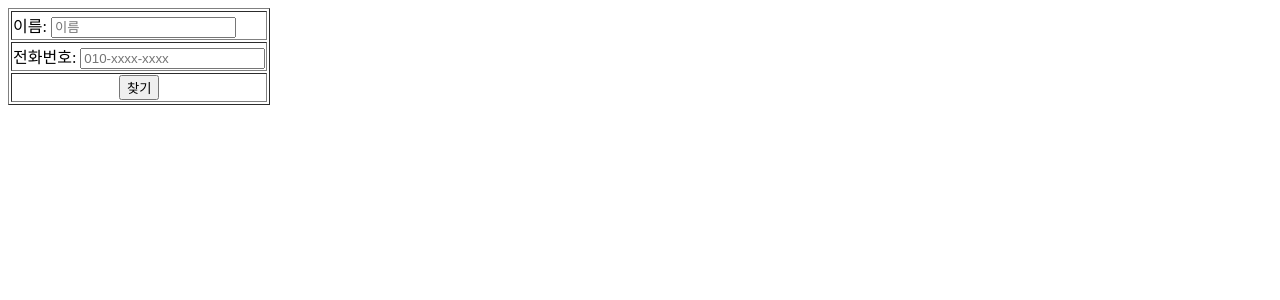
Repository: leeseokh/jquery
Page: workspace/MemberPj/WebContent/html/아디, 비번 찾기/id찾기.html
The author's editor kept a copy of each file at every save. The page is drawn from the files as they stood at one save, then again after the next save.
The browser window is 1280 px wide. The pictures show the whole page.

Above is the page before, as saved 2021-06-17 12:07:55.

### workspace/MemberPj/WebContent/html/아디, 비번 찾기/id찾기.html
<!DOCTYPE html>
<html>
<head>
	<meta charset="UTF-8">
	<title>Insert title here</title>
	<style type="text/css">
		table td{
			table-style: none;
		}
	</style>
</head>
<body>
	<form action="id_do" method="post">
		<table border="1">
			<tbody>
				<tr>
					<td>
						이름: <input type="text" name="mem_name" required="required" placeholder="이름">
					</td>
				</tr>
				<tr>
					<td>
						전화번호: <input type="text" name="mem_tel" required="required" placeholder="010-xxxx-xxxx">
					</td>
				</tr>
			</tbody>
			<tfoot>
            <tr>
               <td align="center" colspan="2">
                  <input type="submit" value="찾기">
               </td>
            </tr>
         </tfoot>
		</table>

	</form>
</body>
</html>

After the next save:
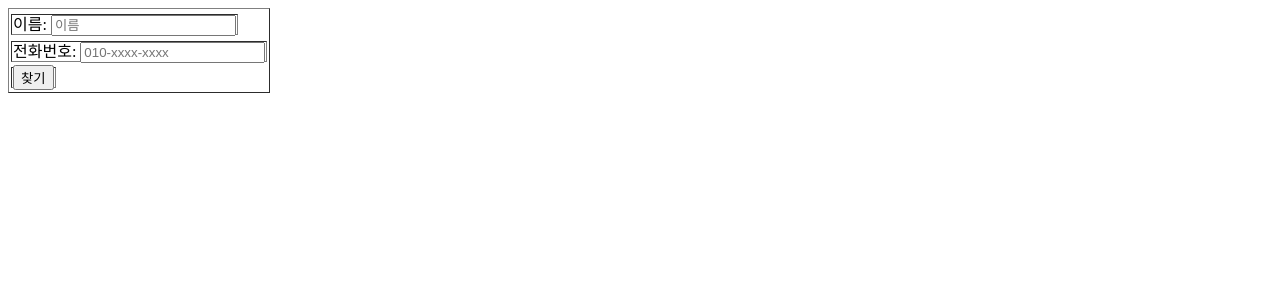
Saved 50 s later.
--- a/workspace/MemberPj/WebContent/html/아디, 비번 찾기/id찾기.html
+++ b/workspace/MemberPj/WebContent/html/아디, 비번 찾기/id찾기.html
@@ -5,7 +5,7 @@
 	<title>Insert title here</title>
 	<style type="text/css">
 		table td{
-			table-style: none;
+			display: inline;
 		}
 	</style>
 </head>

After the save that followed:
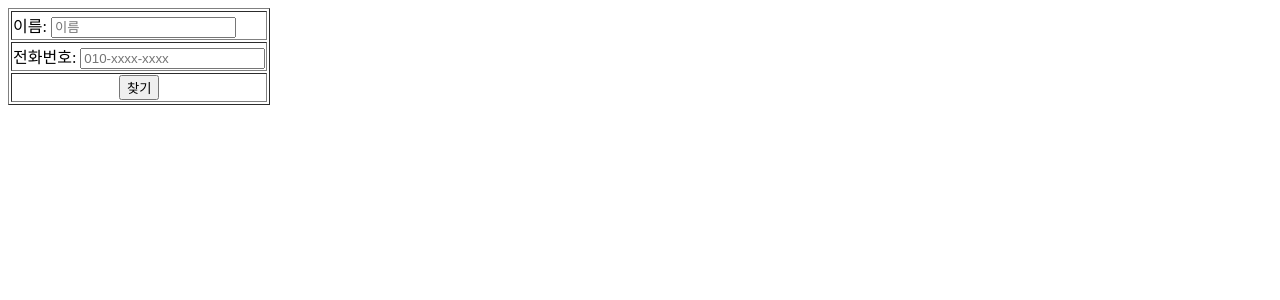
Saved 9 s later.
--- a/workspace/MemberPj/WebContent/html/아디, 비번 찾기/id찾기.html
+++ b/workspace/MemberPj/WebContent/html/아디, 비번 찾기/id찾기.html
@@ -5,7 +5,7 @@
 	<title>Insert title here</title>
 	<style type="text/css">
 		table td{
-			display: inline;
+			display:
 		}
 	</style>
 </head>
